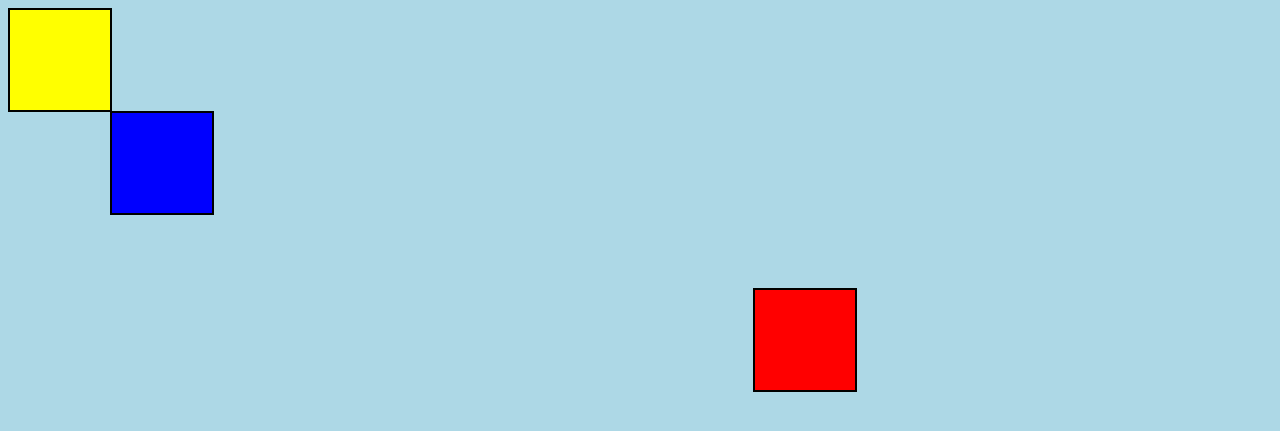
Repository: Sushant203/myPersonalSite
Page: index.html
The author's editor kept a copy of each file at every save. The page is drawn from the files as they stood at one save, then again after the next save.
The browser window is 1280 px wide. The pictures show the whole page.

Above is the page before, as saved 2022-12-05 18:44:10.

After the next save:
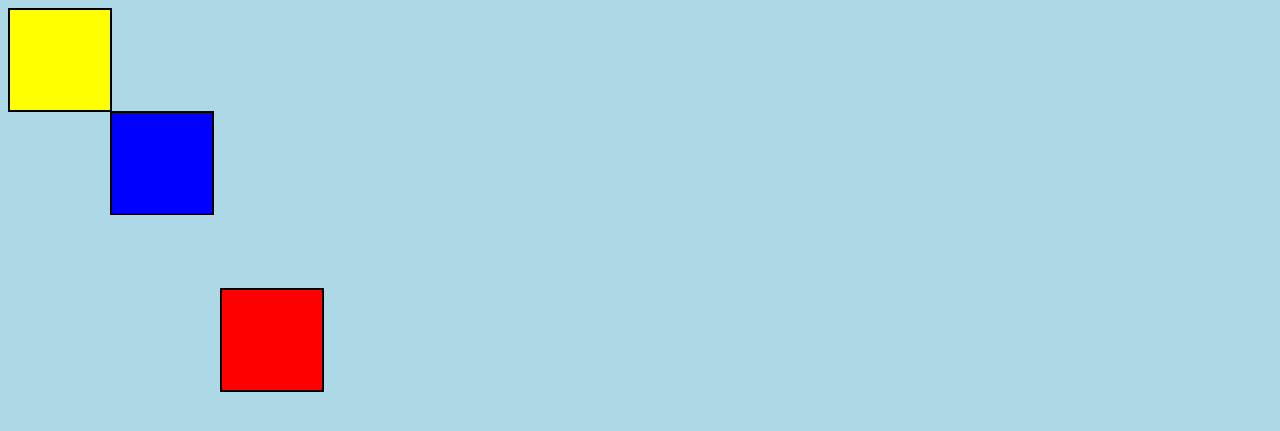
Saved 8 s later.
--- a/css/style.css
+++ b/css/style.css
@@ -9,7 +9,7 @@ body{
     height: 100px;
     width: 100px;
     position: absolute;
-    left:753px;
+    left:220px;
     top: 40%;
 }
 
